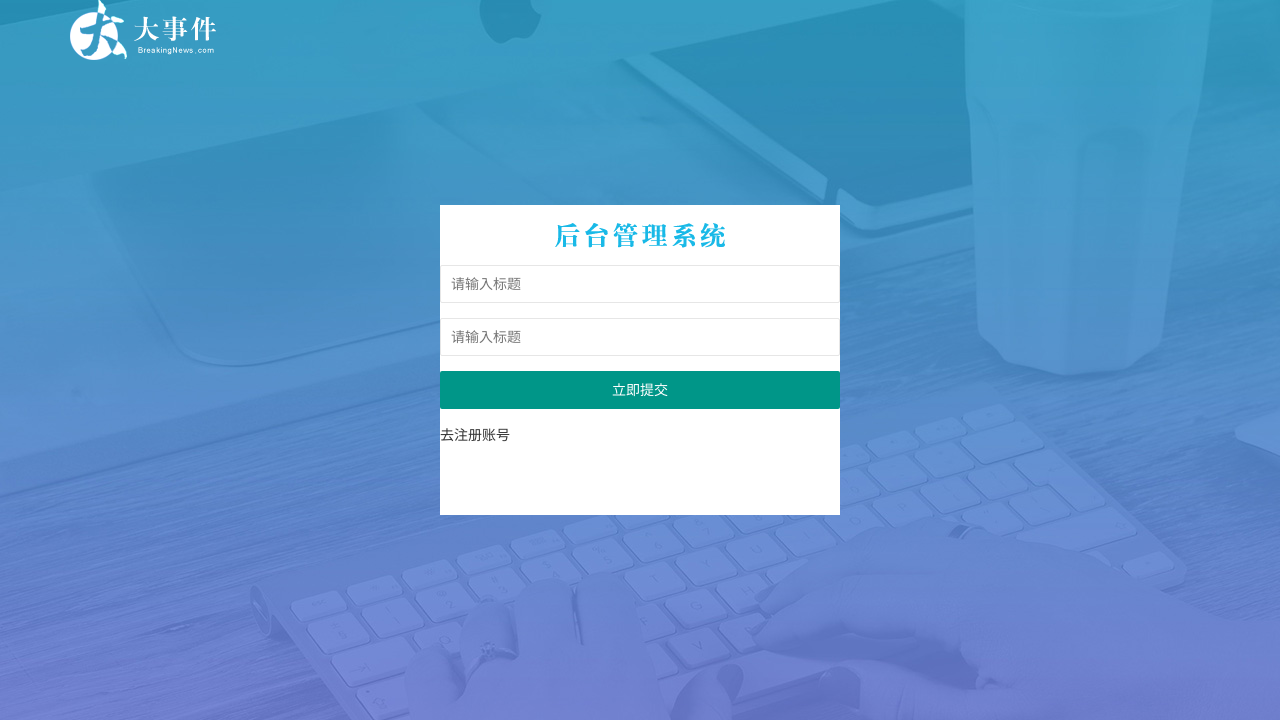
Repository: 1zhoukexin/web_aad
Page: login.html
The author's editor kept a copy of each file at every save. The page is drawn from the files as they stood at one save, then again after the next save.
The browser window is 1280 px wide. The pictures show the whole page.

Above is the page before, as saved 2021-04-16 13:33:37.

After the next save:
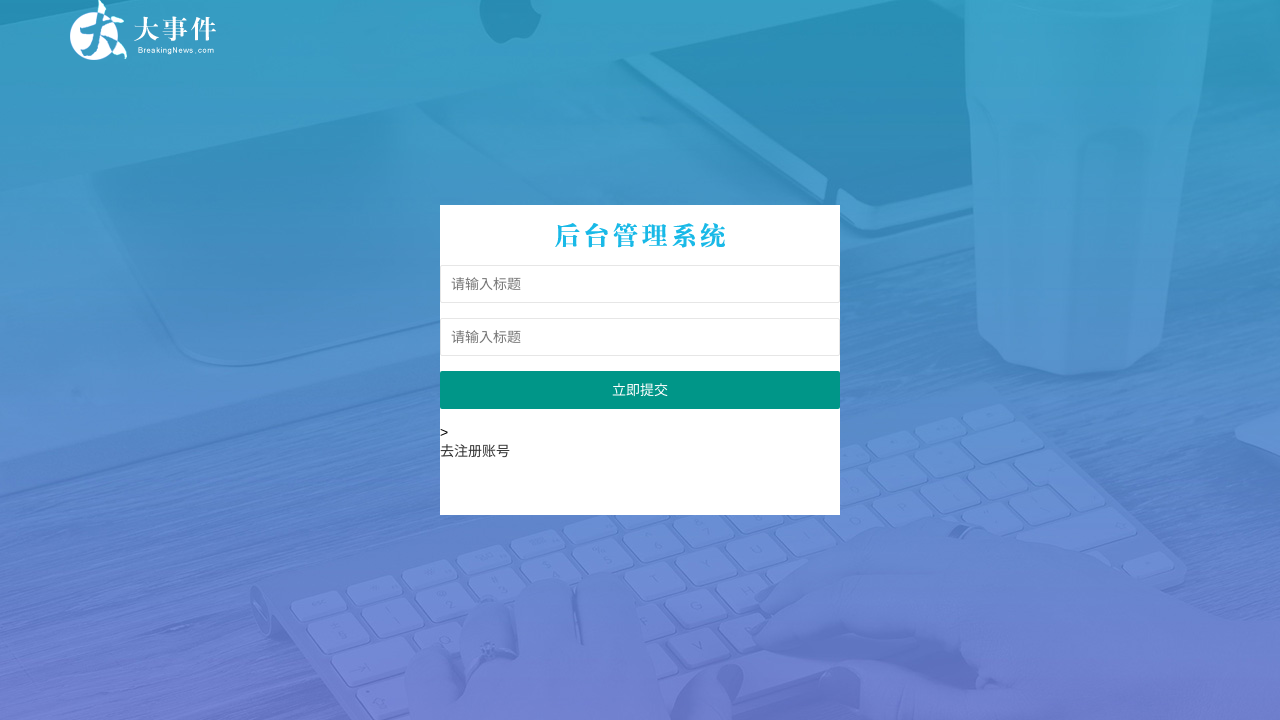
Saved 20 s later.
--- a/login.html
+++ b/login.html
@@ -33,20 +33,21 @@
                     <button class="layui-btn layui-btn-fluid" lay-submit>立即提交</button>
                 </div>
                 <div class="layui-form-item">
+                </div>>
             </form>
 
             <a href="javascript:;" id="link_reg">去注册账号</a>
-            </div>
-            <!-- 注册 -->
-            <div class="reg-box">
-                <a href="javascript:;" id="link_login">去登录</a>
-            </div>
         </div>
+        <!-- 注册 -->
+        <div class="reg-box">
+            <a href="javascript:;" id="link_login">去登录</a>
+        </div>
+    </div>
 
-        <!-- 导入jquery -->
-        <script src="/assets/lib/jquery.js"></script>
-        <!-- 导入自己的js -->
-        <script src="/assets/js/login.js"></script>
+    <!-- 导入jquery -->
+    <script src="/assets/lib/jquery.js"></script>
+    <!-- 导入自己的js -->
+    <script src="/assets/js/login.js"></script>
 </body>
 
 </html>

After the save that followed:
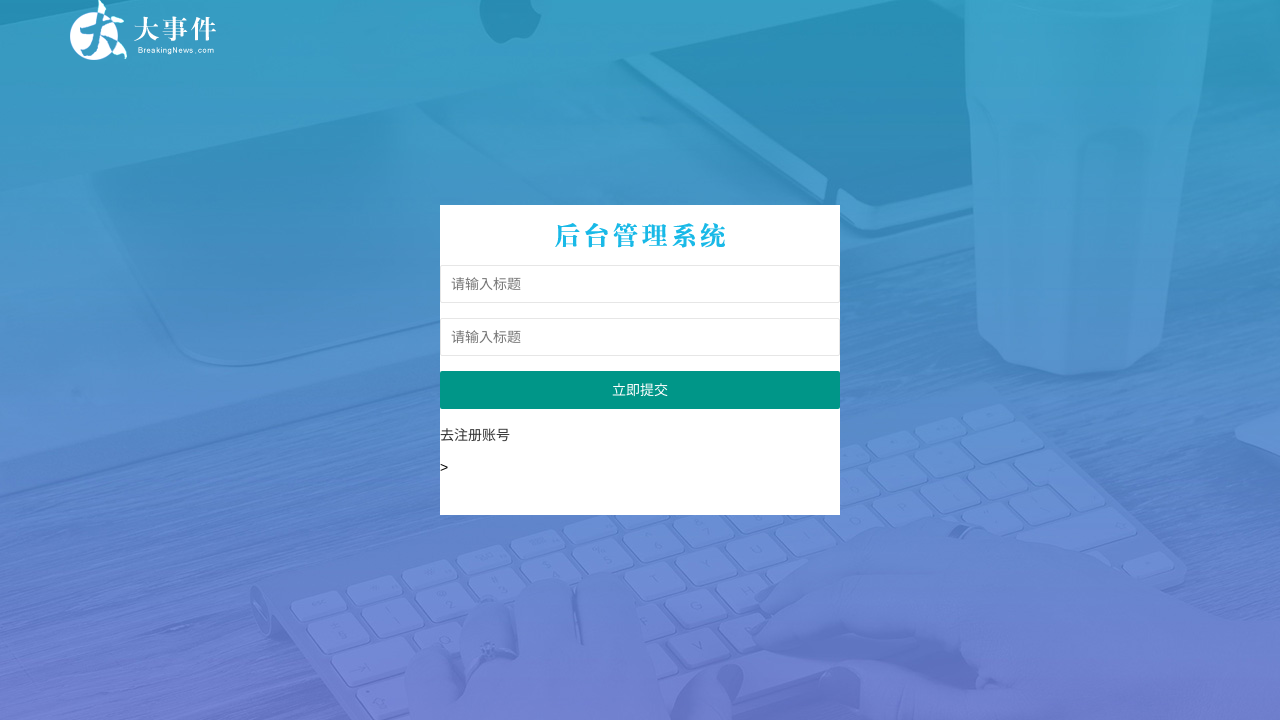
Saved 18 s later.
--- a/login.html
+++ b/login.html
@@ -33,10 +33,9 @@
                     <button class="layui-btn layui-btn-fluid" lay-submit>立即提交</button>
                 </div>
                 <div class="layui-form-item">
+                    <a href="javascript:;" id="link_reg">去注册账号</a>
                 </div>>
             </form>
-
-            <a href="javascript:;" id="link_reg">去注册账号</a>
         </div>
         <!-- 注册 -->
         <div class="reg-box">
